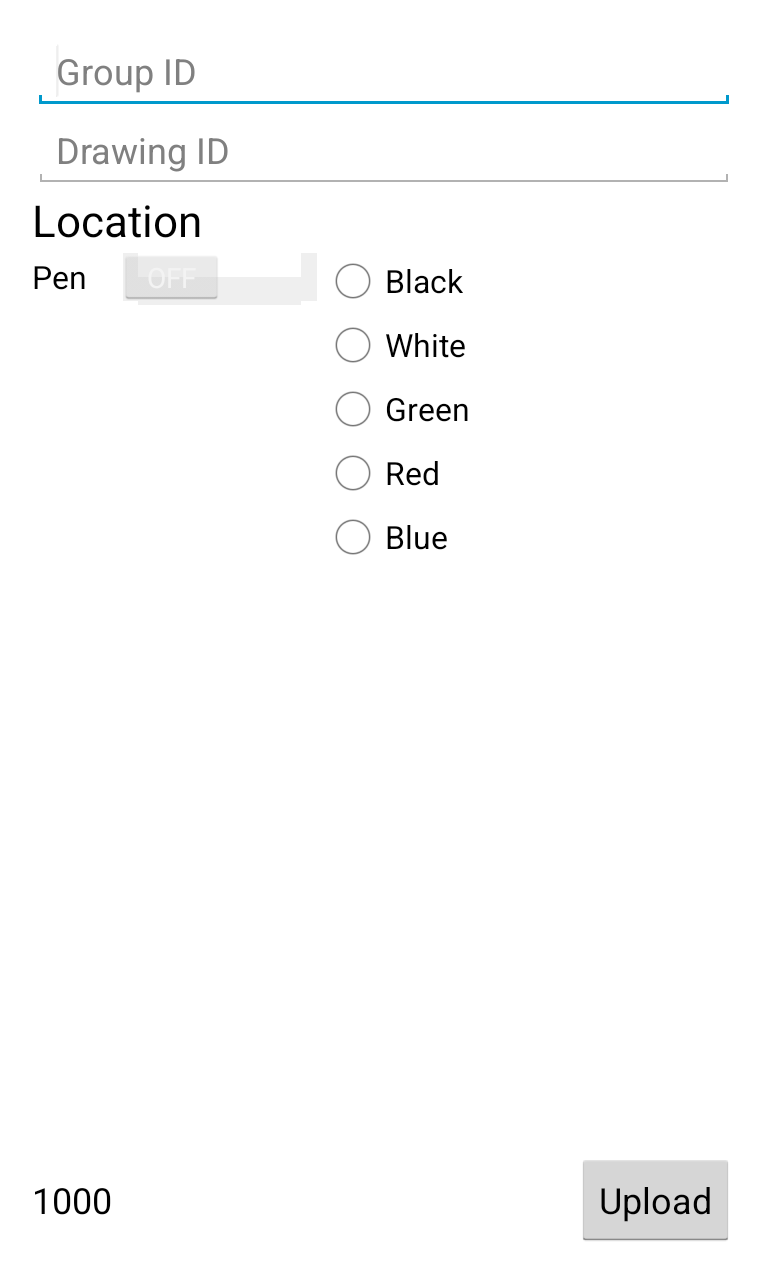
Repository: orsonteodoro/gpsdraw
Layout: gpsdraw/gpsdraw/res/layout/fragment_gpsdraw.xml
An editor plug-in stored every save of this project. The layout is shown before and after the next save, followed by the edit.
It is drawn on a 768 x 1280 px phone screen (xhdpi) without system bars, with theme AppTheme; the app's code is not run.

Above is the layout before, as saved 2014-05-05 17:40:08.

After the next save:
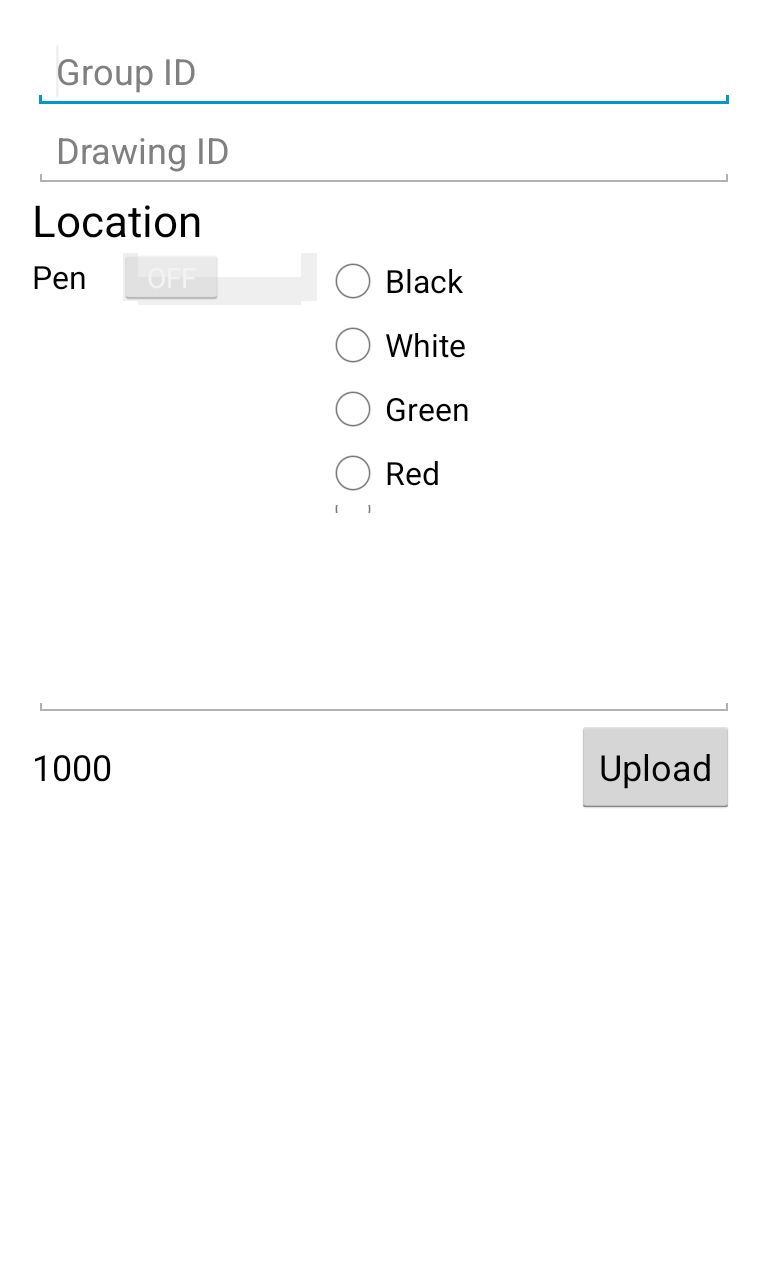
Saved 35 min 22 s later.
--- a/gpsdraw/gpsdraw/res/layout/fragment_gpsdraw.xml
+++ b/gpsdraw/gpsdraw/res/layout/fragment_gpsdraw.xml
@@ -11,7 +11,6 @@
     <LinearLayout
         android:layout_width="wrap_content"
         android:layout_height="wrap_content"
-        android:layout_alignParentBottom="true"
         android:layout_alignParentLeft="true"
         android:layout_alignParentRight="true"
         android:layout_alignParentTop="true"
@@ -54,7 +53,7 @@
 
             <LinearLayout
                 android:layout_width="match_parent"
-                android:layout_height="244dp" >
+                android:layout_height="132dp" >
 
                 <Switch
                     android:id="@+id/switchPen"
@@ -103,6 +102,13 @@
 
         </LinearLayout>
 
+        <EditText
+            android:id="@+id/editTextDebug"
+            android:layout_width="match_parent"
+            android:layout_height="103dp"
+            android:ems="10"
+            android:inputType="textMultiLine" />
+
         <LinearLayout
             android:layout_width="wrap_content"
             android:layout_height="match_parent"
